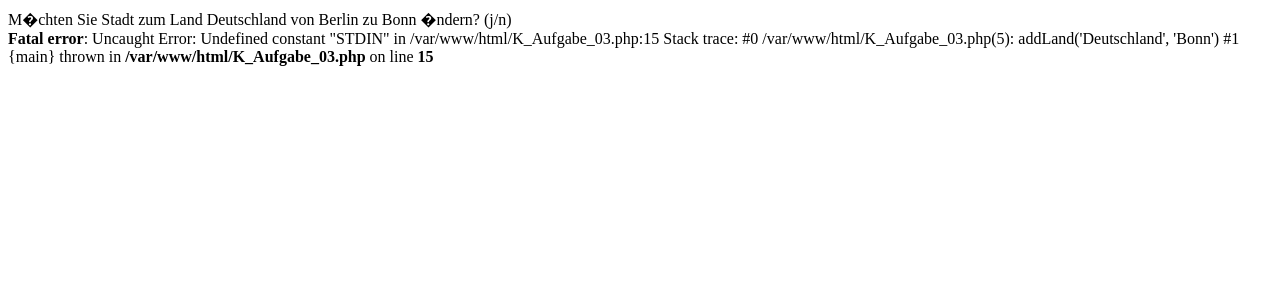
Repository: dklinger/Studium
Page: http://localhost/K_Aufgabe_03.php
These files come from the project's save history. The page is drawn as it stood at one moment and after the next save; the edit follows.
The browser window is 1280 px wide. The pictures show the whole page.
The page is run by PHP 8.4 with error messages shown; the project is at /var/www/html/.

Above is the page before, as saved 2014-07-05 15:15:23.

After the next save:
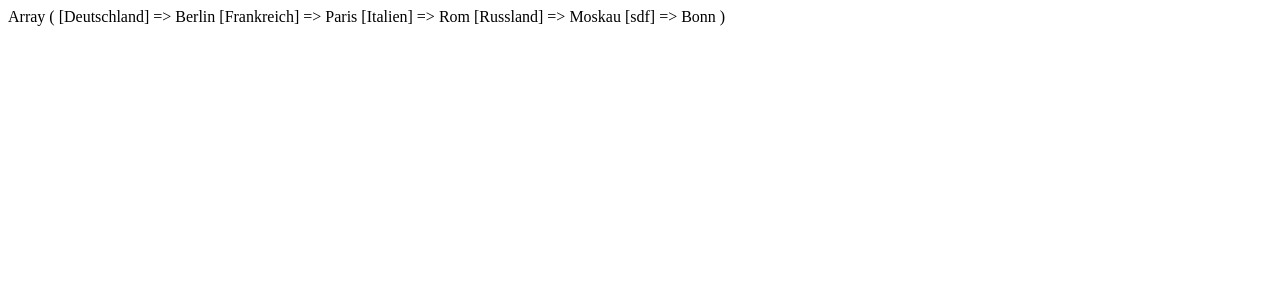
Saved 9 s later.
--- a/SS2014/Skriptsprachenorientierte Programmiertechnik/Klausurvorbereitung/K_Aufgabe_03.php
+++ b/SS2014/Skriptsprachenorientierte Programmiertechnik/Klausurvorbereitung/K_Aufgabe_03.php
@@ -2,7 +2,7 @@
 
 $laender = array("Deutschland" => "Berlin", "Frankreich" => "Paris", "Italien" => "Rom", "Russland" => "Moskau");
 
-addLand("Deutschland", "Bonn");
+addLand("sdf", "Bonn");
 
 function addLand($land, $stadt)
 {
